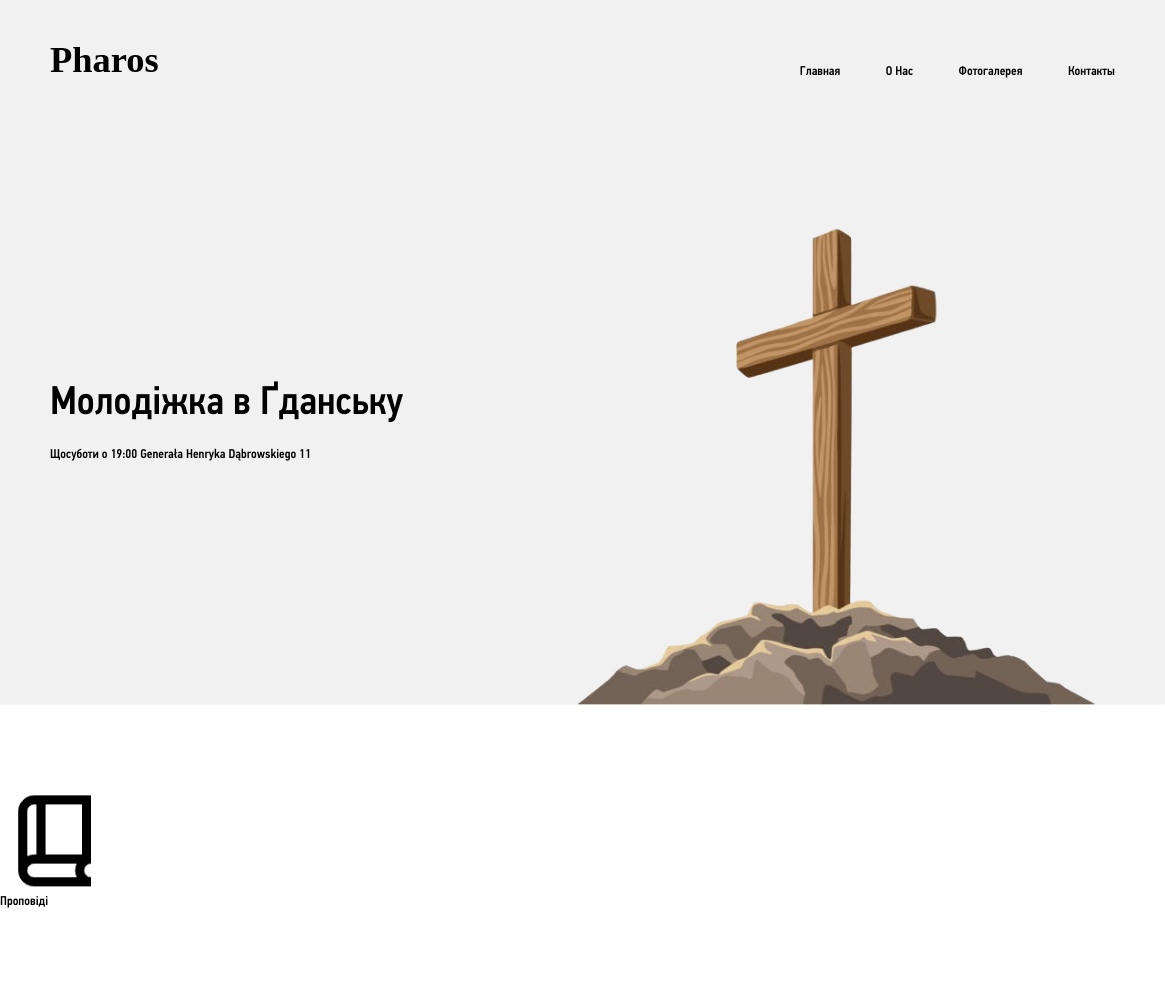
Repository: Bohdan-Sandovenko/youth-project
Page: index.html
The author's editor kept a copy of each file at every save. The page is drawn from the files as they stood at one save, then again after the next save.
The browser window is 1280 px wide. The pictures show the whole page, at 91% of full size.
Some web fonts or font styles are not loaded; a fallback is used. The style sheet was rebuilt from its Sass, Less or Tailwind sources for each picture, by a compiler version that may differ from the author's.

Above is the page before, as saved 2024-09-11 09:23:49.

After the next save:
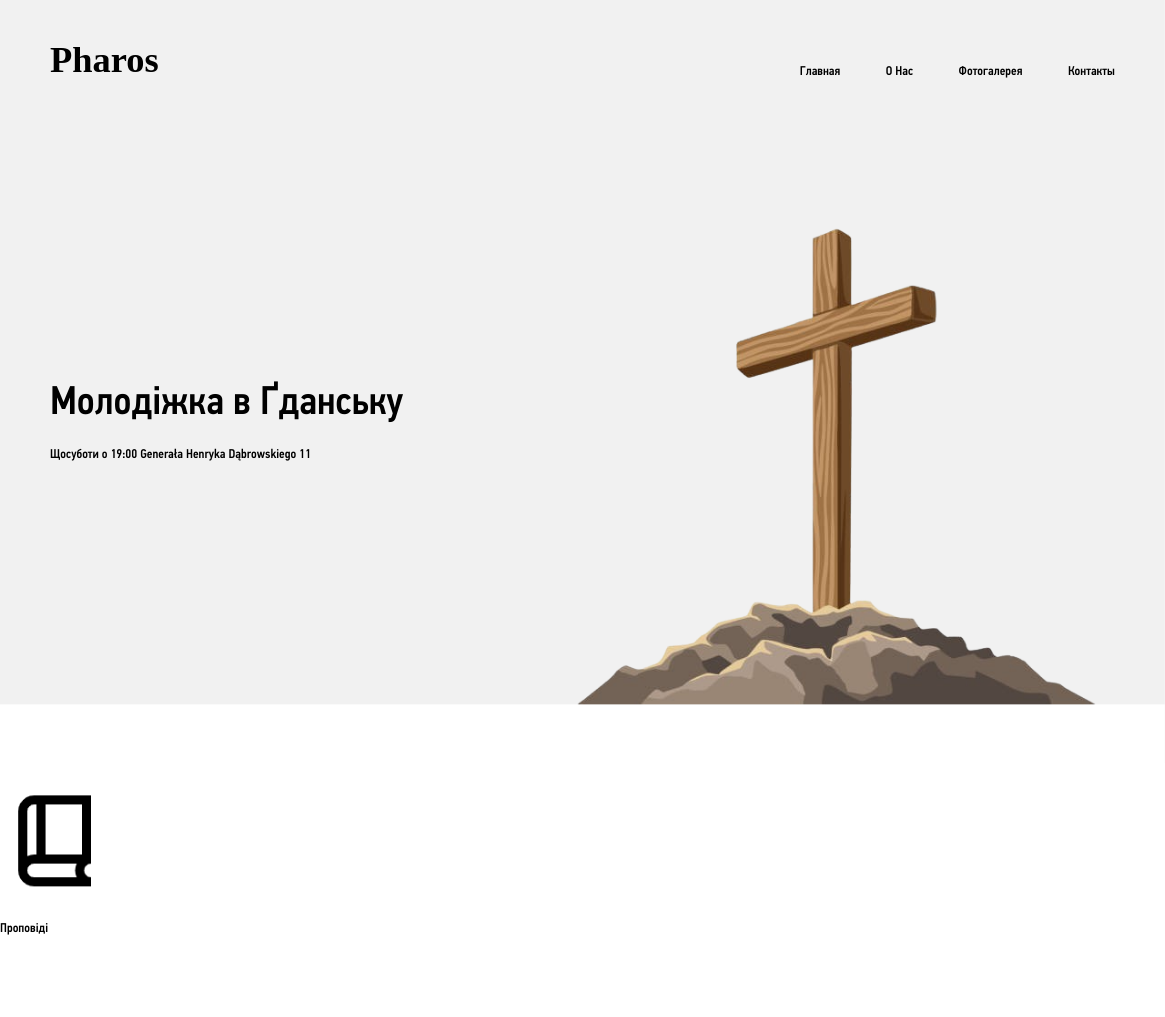
Saved 35 s later.
--- a/css/style.scss
+++ b/css/style.scss
@@ -89,7 +89,9 @@ body {
         .container {
             .services-row {
                 .service-card {
-                    .service-card-img {}
+                    .service-card-img {
+                        margin-bottom: 30px;
+                    }
 
                     .service-card-title {}
                 }
